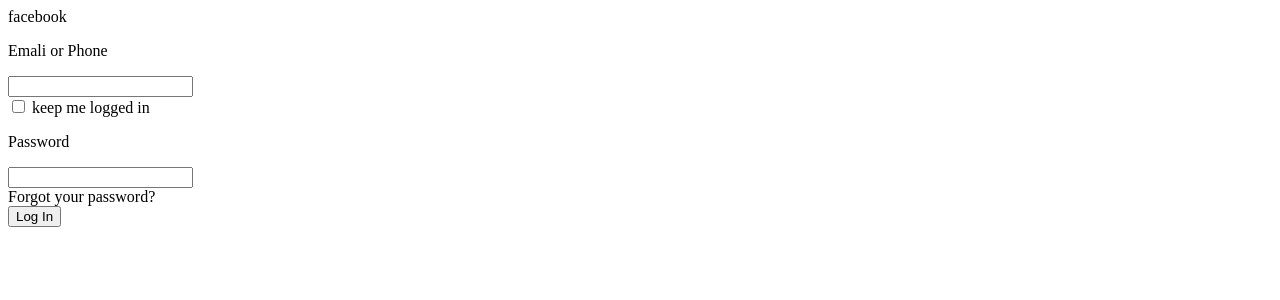
Repository: Mannj-nef/ex-Fb-IViettech
Page: index.html
These files come from the project's save history. The page is drawn as it stood at one moment and after the next save; the edit follows.
The browser window is 1280 px wide. The pictures show the whole page.

Above is the page before, as saved 2022-03-29 22:39:17.

### index.html
<!DOCTYPE html>
<html lang="en">
  <head>
    <meta charset="UTF-8" />
    <meta http-equiv="X-UA-Compatible" content="IE=edge" />
    <meta name="viewport" content="width=device-width, initial-scale=1.0" />
    <title>Exer</title>
  </head>
  <body>
    <div class="app">
      <header id="header">
        <div class="header-title">facebook</div>
        <form action="" class="header-login">
          <!-- login-account -->
          <div class="login-account">
            <p class="login-text">Emali or Phone</p>
            <input type="text" class="input-control" />
            <div class="login-acccount_sub">
              <input type="checkbox" />
              <span>keep me logged in</span>
            </div>
          </div>
          <!-- login-password -->
          <div class="login-account">
            <p class="login-text">Password</p>
            <input type="text" class="input-control" />
            <div class="login-acccount_sub">
              <span>Forgot your password?</span>
            </div>
          </div>

          <button class="btn btn-login">Log In</button>
        </form>
      </header>
      <div id="main"></div>
      <footer id="footer"></footer>
    </div>
  </body>
</html>

### Asset/css/style.css
*,
*::before,
*::after {
  box-sizing: border-box;
}
* {
  padding: 0;
  box-sizing: border-box;
  margin: 0;
}

html,
body {
  font-family: Arial, Helvetica, sans-serif;
  height: 100%;
}
body {
  line-height: 1.5;
  -webkit-font-smoothing: antialiased;
  -webkit-tap-highlight-color: rgba(0, 0, 0, 0);
}

img,
picture,
video,
canvas,
svg {
  display: block;
  max-width: 100%;
}
input,
button,
textarea,
select {
  font: inherit;
  outline: none;
  border: none;
}
p,
h1,
h2,
h3,
h4,
h5,
h6 {
  overflow-wrap: break-word;
}

.app {
  max-width: 1024px;
}
#header {
  display: flex;
  justify-content: space-between;
}
.header-title {
}
.header-login {
}
.login-account {
}
.login-text {
}
.input-control {
}
.login-acccount_sub {
}
.btn {
}
.btn-login {
}
.btn.btn-login {
}

After the next save:
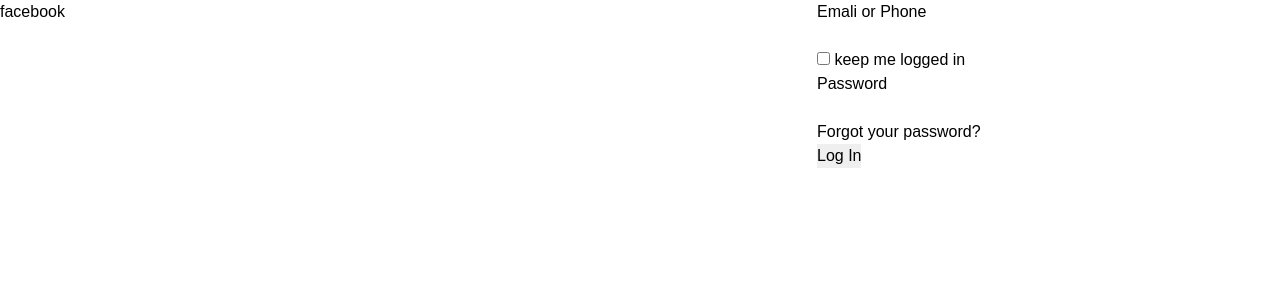
Saved 25 s later.
--- a/index.html
+++ b/index.html
@@ -4,6 +4,7 @@
     <meta charset="UTF-8" />
     <meta http-equiv="X-UA-Compatible" content="IE=edge" />
     <meta name="viewport" content="width=device-width, initial-scale=1.0" />
+    <link rel="stylesheet" href="./Asset/css/style.css" />
     <title>Exer</title>
   </head>
   <body>
